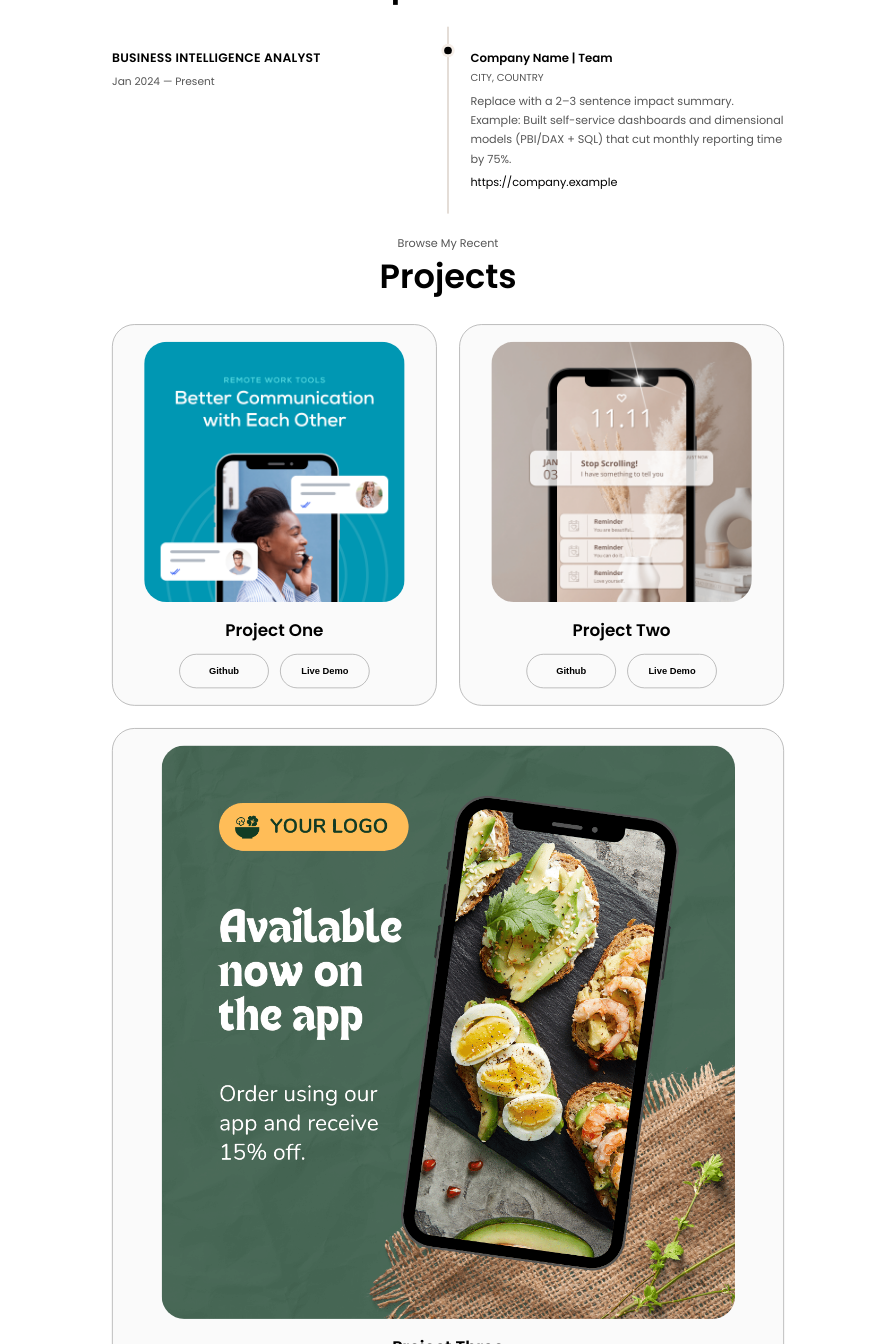
Repository: Komal-A99/komal-albhar
Page: index.html
The author's editor kept a copy of each file at every save. The page is drawn from the files as they stood at one save, then again after the next save.
The browser window is 1280 px wide. The pictures show the part of the page from y = 1633 to 3553 px (the page is 4455 px tall before and 4430 px after), at 70% of full size.

Above is the page before, as saved 2025-08-26 10:54:01.

After the next save:
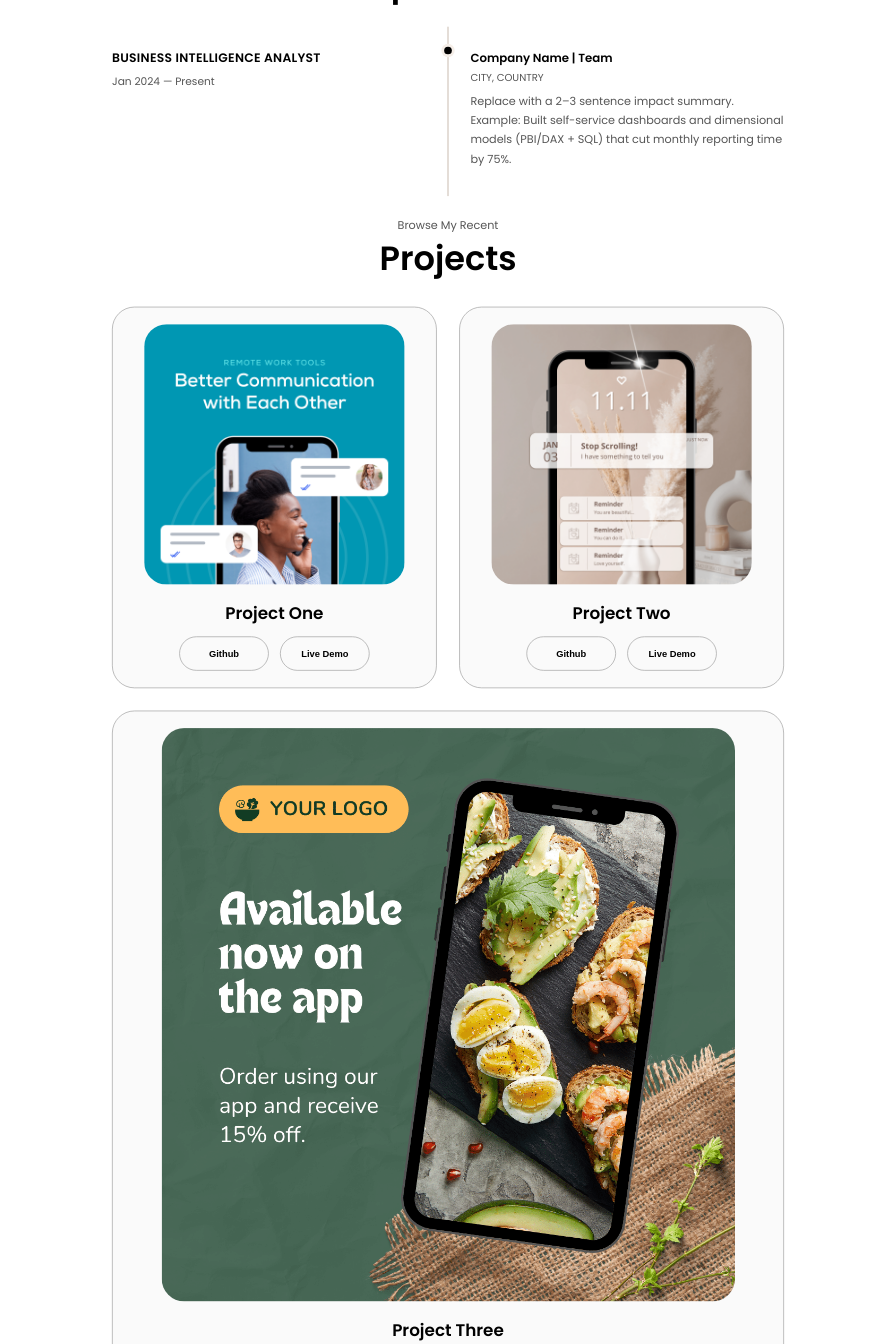
Saved 44 s later.
--- a/index.html
+++ b/index.html
@@ -148,7 +148,6 @@
               Replace with a 2–3 sentence impact summary. Example: Built self-service dashboards and
               dimensional models (PBI/DAX + SQL) that cut monthly reporting time by 75%.
             </p>
-            <a class="tl-link" href="#" target="_blank" rel="noreferrer">https://company.example</a>
           </div>
         </div>
 
